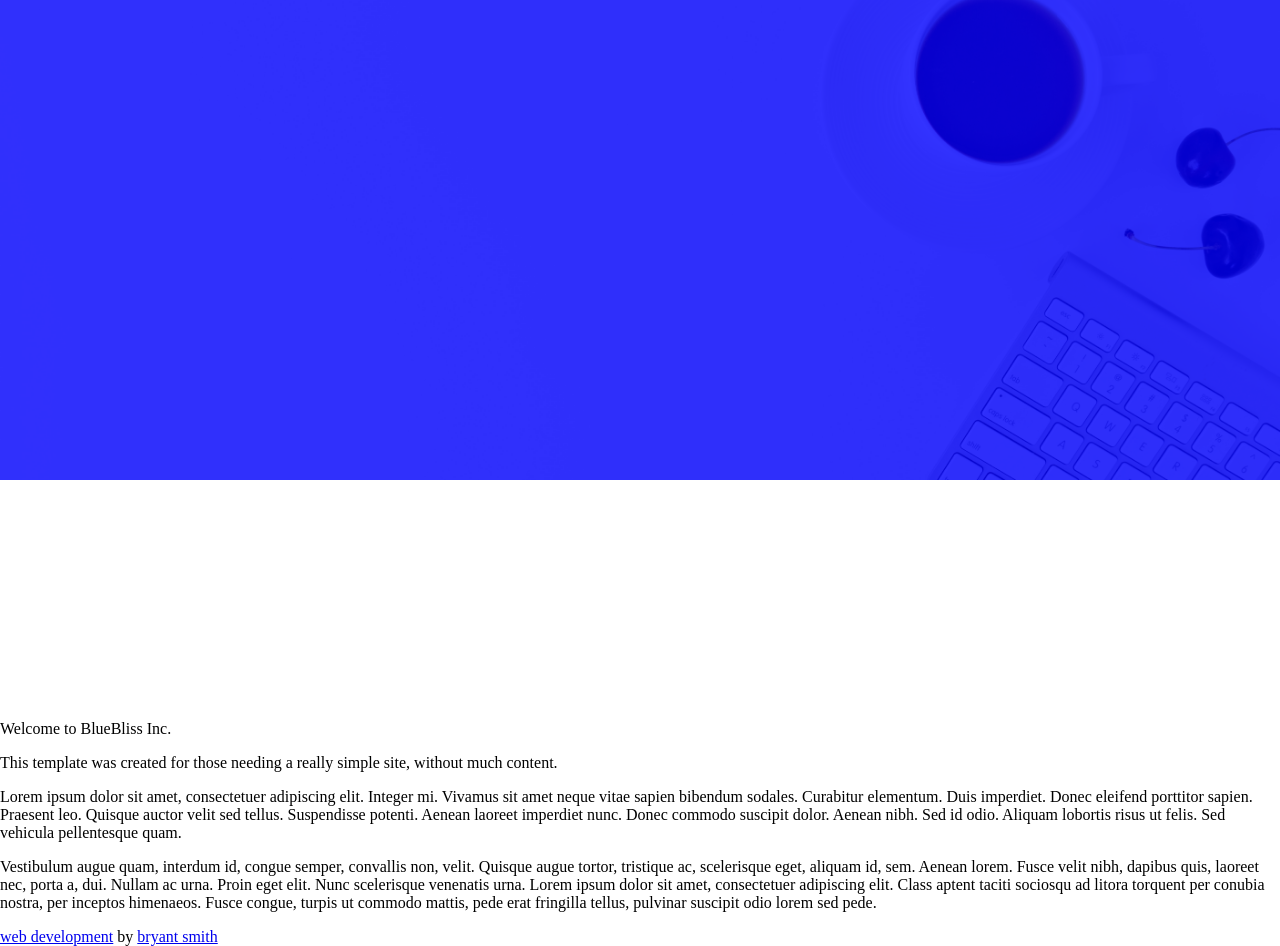
Repository: Scoofster/SWE-Flying-start-bio-website
Page: public/index.html
These files come from the project's save history. The page is drawn as it stood at one moment and after the next save; the edit follows.
The browser window is 1280 px wide. The pictures show the whole page.

Above is the page before, as saved 2022-06-16 13:02:40.

### public/index.html
<!--
You may use this in any way, on any site, all we ask is that you please keep the link(s) crediting the author.   Though this is not mandatory, it is certainly appreciated.
 -->

<!DOCTYPE html PUBLIC "-//W3C//DTD XHTML 1.0 Strict//EN" "http://www.w3.org/TR/xhtml1/DTD/xhtml1-strict.dtd">
<html xmlns="http://www.w3.org/1999/xhtml" xml:lang="en" lang="en">
  <head>
    <title>Blue Bliss by Bryant Smith</title>
    <meta http-equiv="content-type" content="text/html;charset=utf-8" />
    <link rel="stylesheet" type="text/css" href="index.css" />
  </head>
  <body>
    <div id="mainContentArea">
      <div id="contentBox">
        <div id="hero">
          <div id="hero_overlay"></div>
          <div id="banner_photo"></div>
        </div>

        <div id="blueBox">
          <div id="header"></div>
          <div class="contentTitle">Welcome to BlueBliss Inc.</div>
          <div class="pageContent">
            <p>
              This template was created for those needing a really simple site,
              without much content.
            </p>
            <p>
              Lorem ipsum dolor sit amet, consectetuer adipiscing elit. Integer
              mi. Vivamus sit amet neque vitae sapien bibendum sodales.
              Curabitur elementum. Duis imperdiet. Donec eleifend porttitor
              sapien. Praesent leo. Quisque auctor velit sed tellus. Suspendisse
              potenti. Aenean laoreet imperdiet nunc. Donec commodo suscipit
              dolor. Aenean nibh. Sed id odio. Aliquam lobortis risus ut felis.
              Sed vehicula pellentesque quam.
            </p>
            <p>
              Vestibulum augue quam, interdum id, congue semper, convallis non,
              velit. Quisque augue tortor, tristique ac, scelerisque eget,
              aliquam id, sem. Aenean lorem. Fusce velit nibh, dapibus quis,
              laoreet nec, porta a, dui. Nullam ac urna. Proin eget elit. Nunc
              scelerisque venenatis urna. Lorem ipsum dolor sit amet,
              consectetuer adipiscing elit. Class aptent taciti sociosqu ad
              litora torquent per conubia nostra, per inceptos himenaeos. Fusce
              congue, turpis ut commodo mattis, pede erat fringilla tellus,
              pulvinar suscipit odio lorem sed pede.
            </p>
          </div>
          <div id="footer">
            <a href="http://www.aszx.net">web development</a> by
            <a href="http://www.bryantsmith.com">bryant smith</a>
          </div>
        </div>
      </div>
    </div>
  </body>
</html>

### public/index.css

html,body{
    margin:0;
    }



#hero {
    margin: 0%;
    padding: 0%;
    display: grid;
    width: 100vw;
    height: 100vh;
    grid-template-columns: 1fr 1fr 1fr;
    grid-template-rows: 1fr 1fr 1fr;
}

#hero_overlay {
    grid-area: 1 /1 / span 2 / span 3;
    opacity: 80%;
    background-color: blue;

}

#banner_photo {
    background-image: url(./imgs/splash_photo.jpg);
    grid-area: 1 /1/ span 2 / span 3;
    background-size:cover;
    background-repeat: no-repeat;
    margin: 0;

}

After the next save:
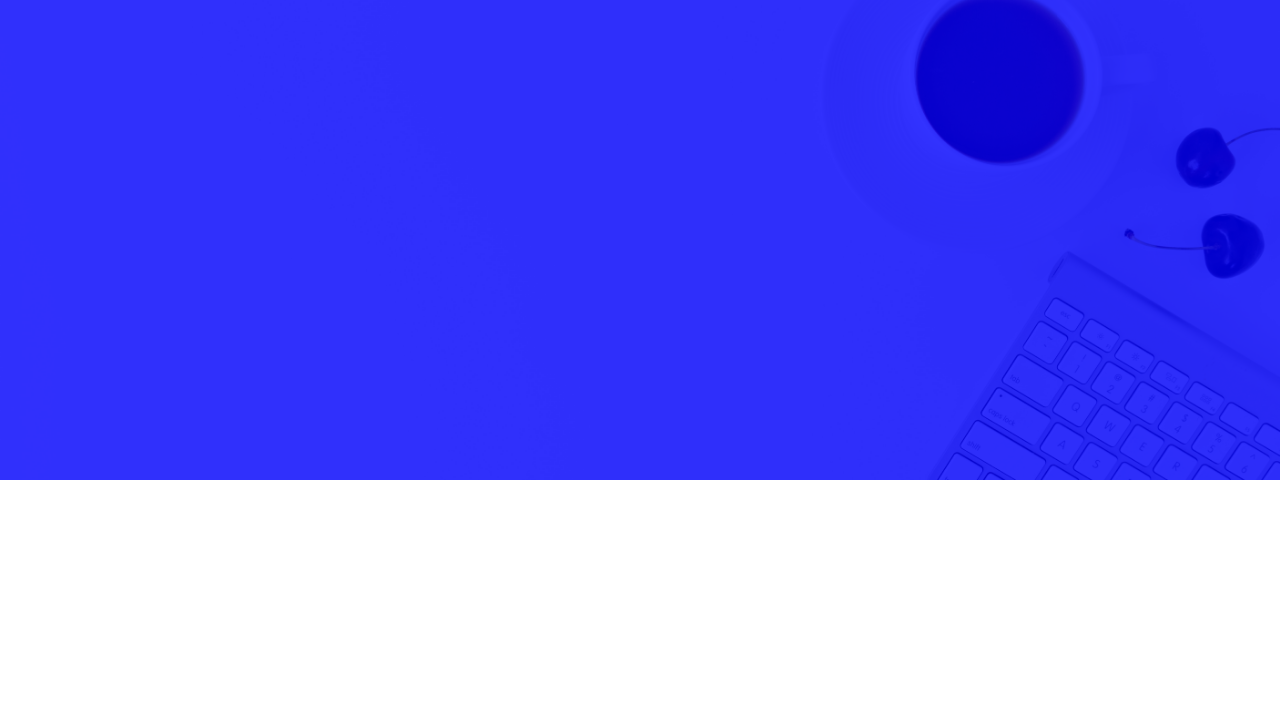
Saved 19 s later.
--- a/public/index.html
+++ b/public/index.html
@@ -16,41 +16,6 @@
           <div id="hero_overlay"></div>
           <div id="banner_photo"></div>
         </div>
-
-        <div id="blueBox">
-          <div id="header"></div>
-          <div class="contentTitle">Welcome to BlueBliss Inc.</div>
-          <div class="pageContent">
-            <p>
-              This template was created for those needing a really simple site,
-              without much content.
-            </p>
-            <p>
-              Lorem ipsum dolor sit amet, consectetuer adipiscing elit. Integer
-              mi. Vivamus sit amet neque vitae sapien bibendum sodales.
-              Curabitur elementum. Duis imperdiet. Donec eleifend porttitor
-              sapien. Praesent leo. Quisque auctor velit sed tellus. Suspendisse
-              potenti. Aenean laoreet imperdiet nunc. Donec commodo suscipit
-              dolor. Aenean nibh. Sed id odio. Aliquam lobortis risus ut felis.
-              Sed vehicula pellentesque quam.
-            </p>
-            <p>
-              Vestibulum augue quam, interdum id, congue semper, convallis non,
-              velit. Quisque augue tortor, tristique ac, scelerisque eget,
-              aliquam id, sem. Aenean lorem. Fusce velit nibh, dapibus quis,
-              laoreet nec, porta a, dui. Nullam ac urna. Proin eget elit. Nunc
-              scelerisque venenatis urna. Lorem ipsum dolor sit amet,
-              consectetuer adipiscing elit. Class aptent taciti sociosqu ad
-              litora torquent per conubia nostra, per inceptos himenaeos. Fusce
-              congue, turpis ut commodo mattis, pede erat fringilla tellus,
-              pulvinar suscipit odio lorem sed pede.
-            </p>
-          </div>
-          <div id="footer">
-            <a href="http://www.aszx.net">web development</a> by
-            <a href="http://www.bryantsmith.com">bryant smith</a>
-          </div>
-        </div>
       </div>
     </div>
   </body>
